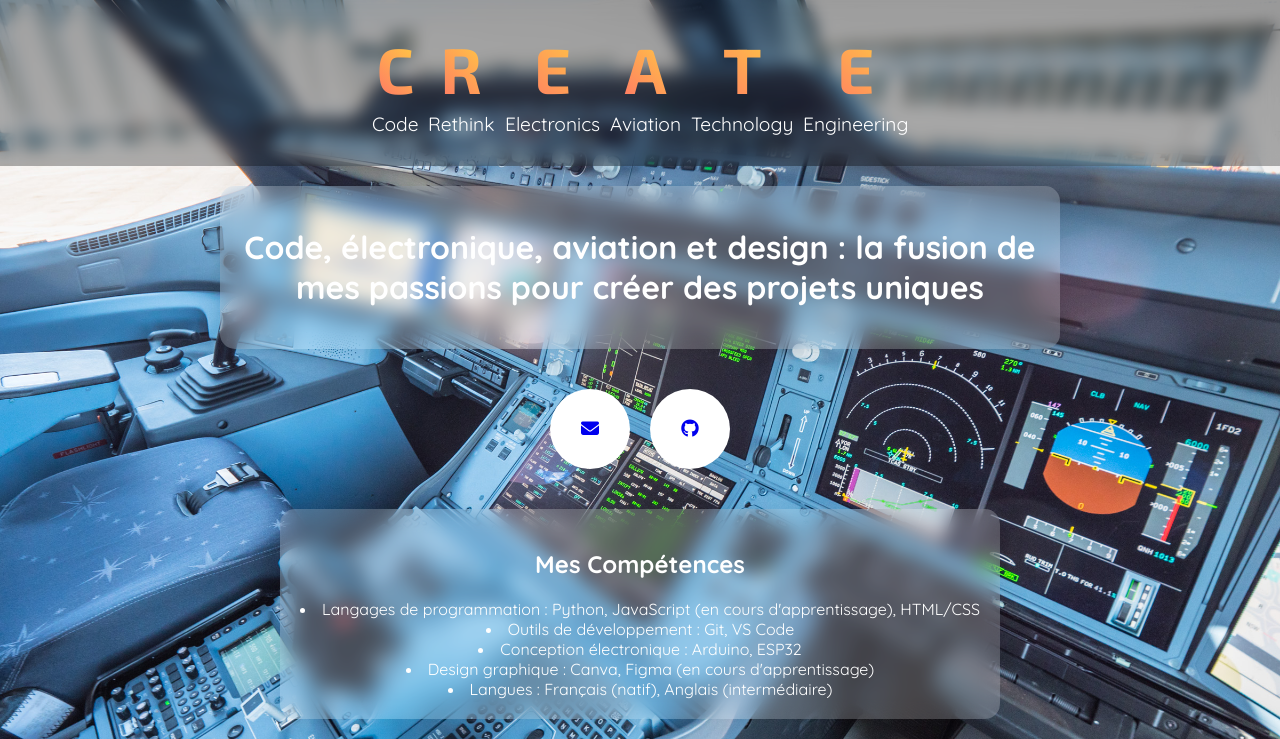
Repository: nlagardere/myportfolio
Page: index.html
The author's editor kept a copy of each file at every save. The page is drawn from the files as they stood at one save, then again after a run of saves.
The browser window is 1280 px wide. The pictures show the whole page.

Above is the page before, as saved 2025-09-06 10:09:10.

After the next 2 saves:
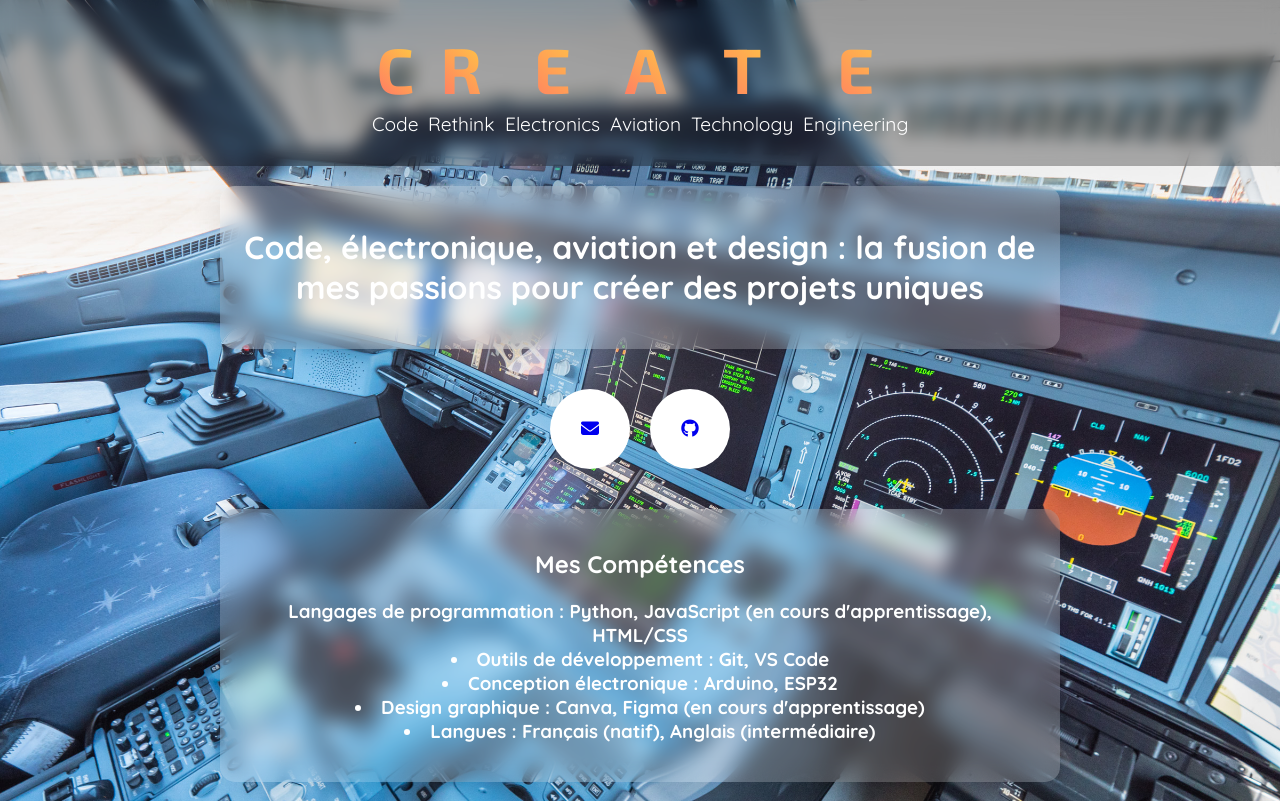
The 2 saves are shown as one change because they came seconds apart.
The last was saved 6 s later.
--- a/index.html
+++ b/index.html
@@ -248,7 +248,7 @@
   <div class="compétences">
     <h2>Mes Compétences</h2>
 
-      <li>Langages de programmation : Python, JavaScript (en cours d'apprentissage), HTML/CSS</li>
+      <h3>Langages de programmation : Python, JavaScript (en cours d'apprentissage), HTML/CSS</li>
       <li>Outils de développement : Git, VS Code</li>
       <li>Conception électronique : Arduino, ESP32</li>
       <li>Design graphique : Canva, Figma (en cours d'apprentissage)</li>
